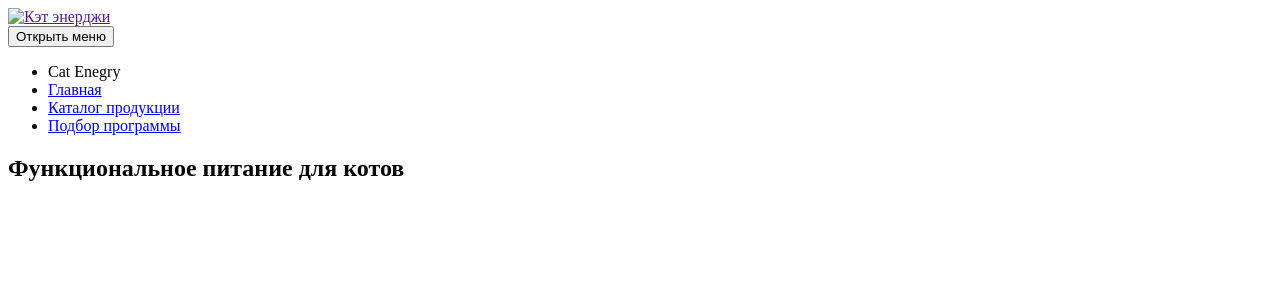
Repository: infernotw/1054987-cat-energy-17
Page: source/index.html
The author's editor kept a copy of each file at every save. The page is drawn from the files as they stood at one save, then again after the next save.
The browser window is 1280 px wide. The pictures show the whole page.

Above is the page before, as saved 2019-07-17 03:53:01.

After the next save:
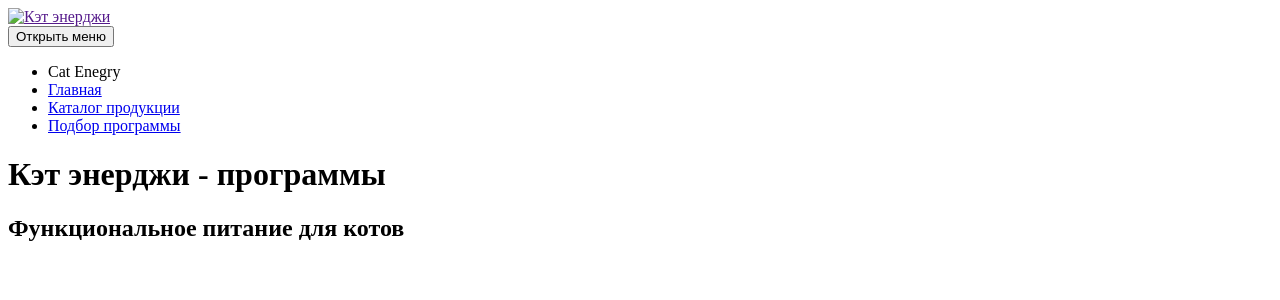
Saved 100 s later.
--- a/source/index.html
+++ b/source/index.html
@@ -34,7 +34,9 @@
   </header>
 
   <main class="page-main">
+    <h1 class="visually-hidden">Кэт энерджи - программы</h1>
     <section class="program">
+
       <h1>Функциональное питание для котов</h1>
 
     </section>
